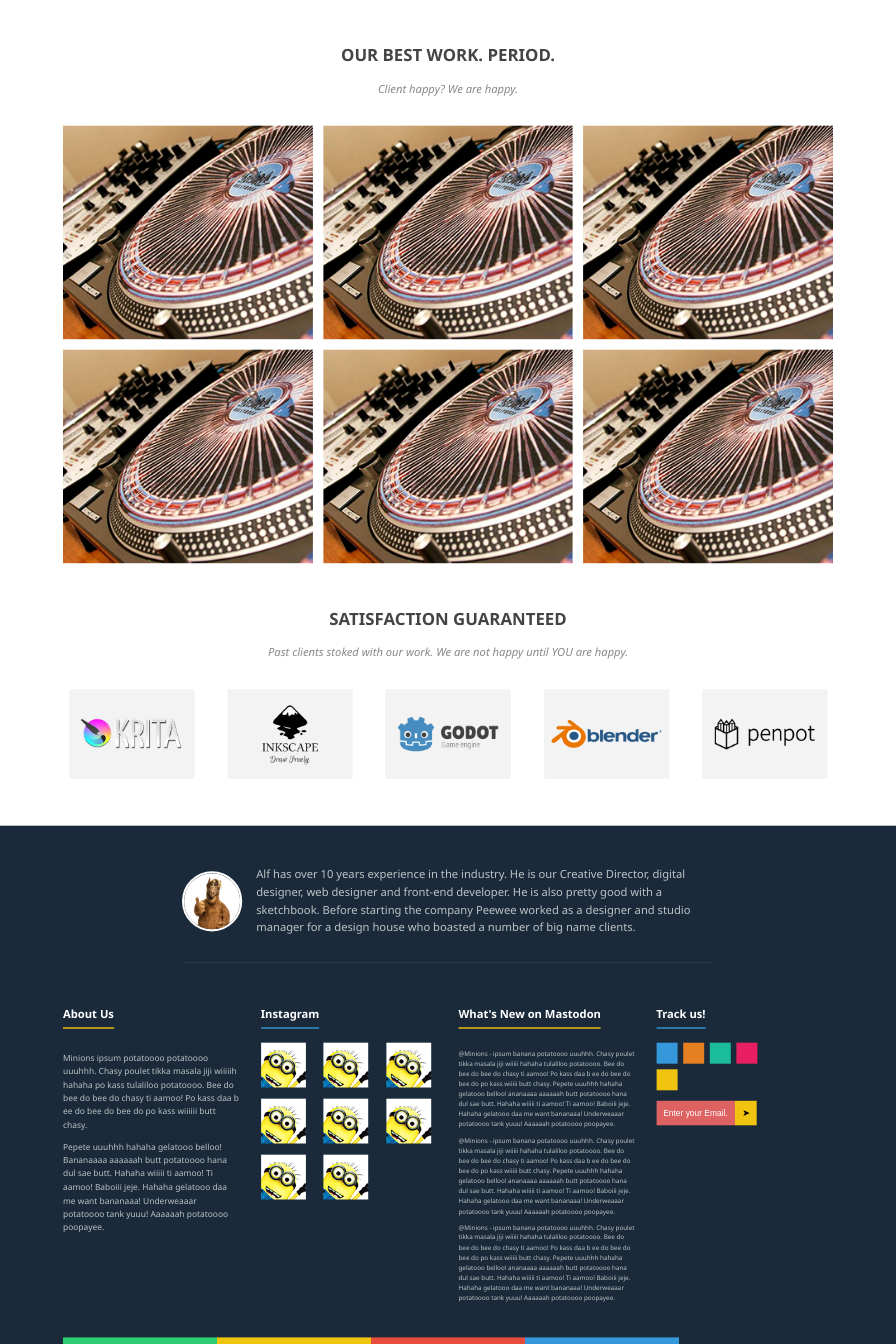
Repository: DavidYoo5/Project-1-Lab-2B-Assignment
Page: Project-1-Lab-2B-Assignment/index.html
These files come from the project's save history. The page is drawn as it stood at one moment and after the next save; the edit follows.
The browser window is 1280 px wide. The pictures show the part of the page from y = 1922 to 3842 px (the page is 3842 px tall before and 3832 px after), at 70% of full size.

Above is the page before, as saved 2026-01-28 16:05:36.

After the next save:
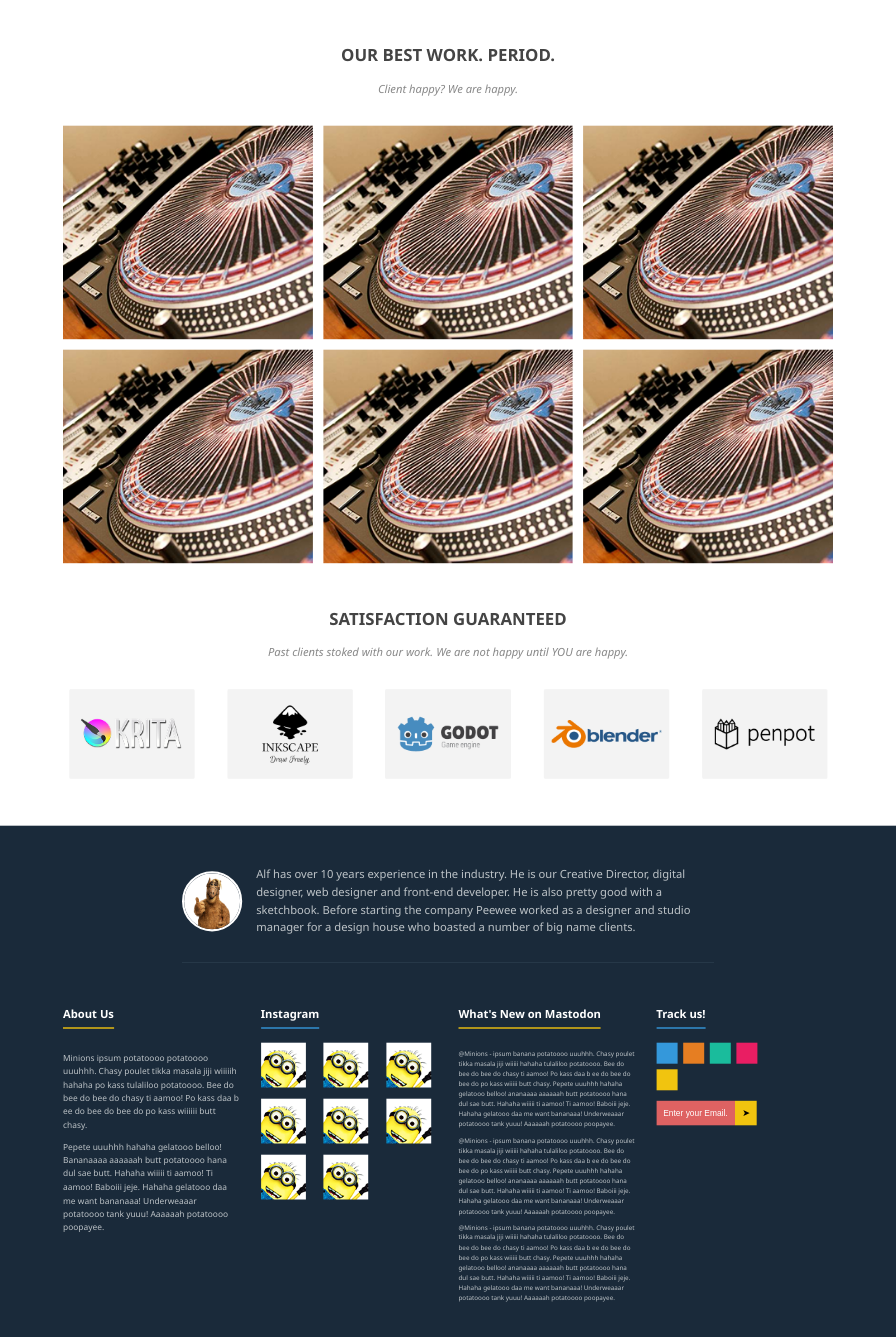
Saved 5 min 0 s later.
--- a/Project-1-Lab-2B-Assignment/style.css
+++ b/Project-1-Lab-2B-Assignment/style.css
@@ -400,8 +400,13 @@
   cursor: pointer;
 }
 
+
+
+
+
+
 /* Bottom Color Bar */
-.footer-bottom-bar {
+/* .footer-bottom-bar {
   display: flex;
   height: 10px;
 }
@@ -428,4 +433,4 @@
 
 .bar-dark {
   background: #1a2a3a;
-}
+} */
